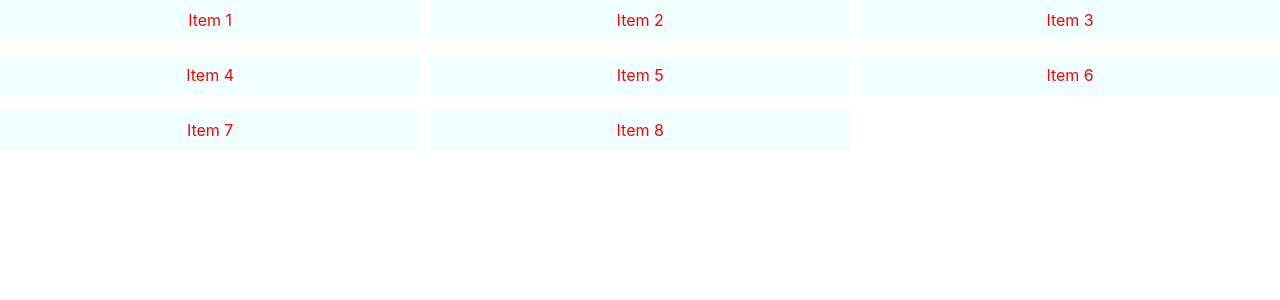
Repository: thai-shriya/anxiety-tracker
Page: /
The author's editor kept a copy of each file at every save. The page is drawn from the files as they stood at one save, then again after the next save.
The browser window is 1280 px wide. The pictures show the whole page.
The project was rebuilt for these pictures with package versions that can differ from the ones it lists, and the page was loaded fresh each time.

Above is the page before, as saved 2024-04-22 14:57:08.

### src/App.js
import './App.css';

function App() {
  return (
    <div className='grid-container'>
      <div className='grid-item'>Item 1</div>
      <div className='grid-item'>Item 2</div>
      <div className='grid-item'>Item 3</div>
      <div className='grid-item'>Item 4</div>
      <div className='grid-item'>Item 5</div>
      <div className='grid-item'>Item 6</div>
      <div className='grid-item'>Item 7</div>
      <div className='grid-item'>Item 8</div>
    </div>

  );
}

export default App;

### src/App.css
.grid-container{
  display: grid;
  grid-template-columns: auto auto auto;
  column-gap: 10px;
  row-gap: 15px;
}

.grid-item{
  color:red;
  padding: 10px;
  text-align: center;
  border: 1px red;
  background-color:azure;
}

Loaded but not shown: public/index.html (common file); src/index.js (common file); src/index.css (common file); src/reportWebVitals.js (common file)

After the next save:
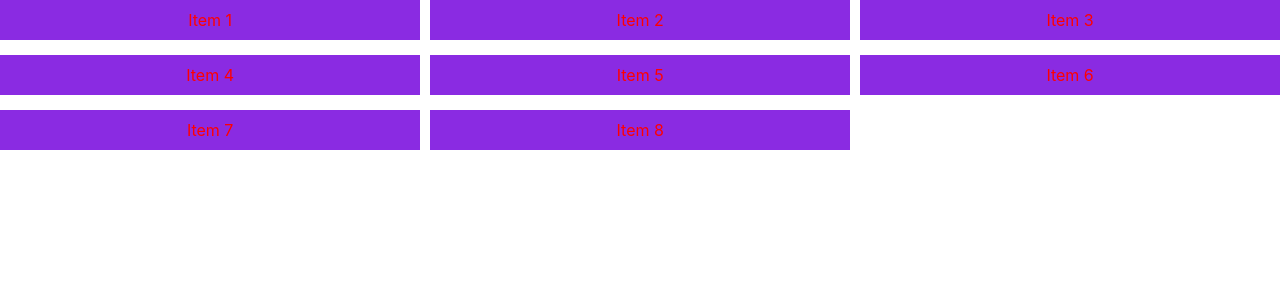
Saved 19 s later.
--- a/src/App.css
+++ b/src/App.css
@@ -10,5 +10,5 @@
   padding: 10px;
   text-align: center;
   border: 1px red;
-  background-color:azure;
+  background-color:blueviolet;
 }
